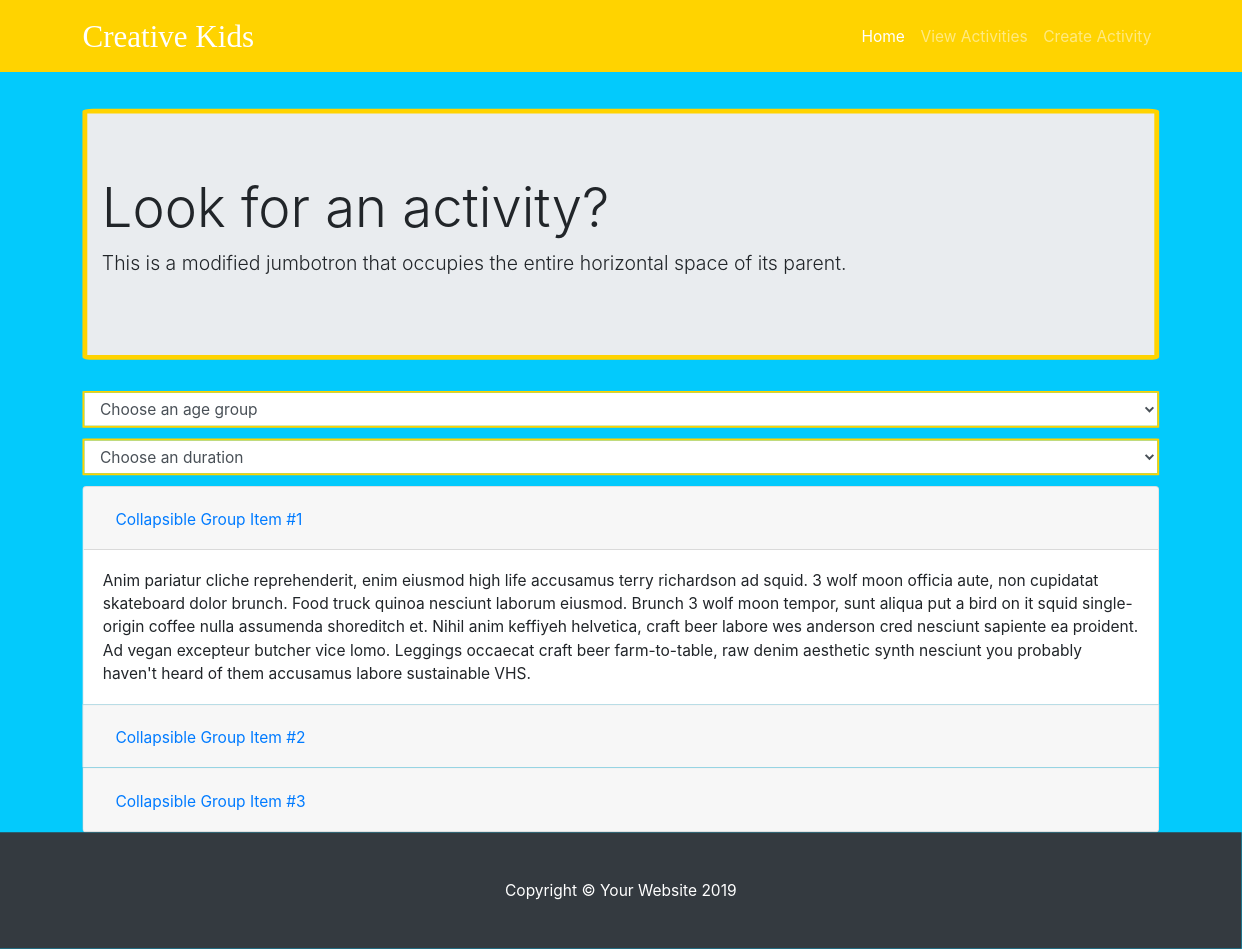
Repository: Neilfoster/milestone_project_3
Page: http://localhost/activity_view
The author's editor kept a record of every edit. The page is drawn from the files as they stood at one moment, then again after the next edit.
The browser window is 1280 px wide. The pictures show the whole page, at 97% of full size.
Some web fonts or font styles are not loaded; a fallback is used. Some web libraries are served in a nearby version. The page is served by the project's application, run on Flask 3 (app.py). Queries for data that is not in the repository find no rows.

Above is the page before.

After the next edit:
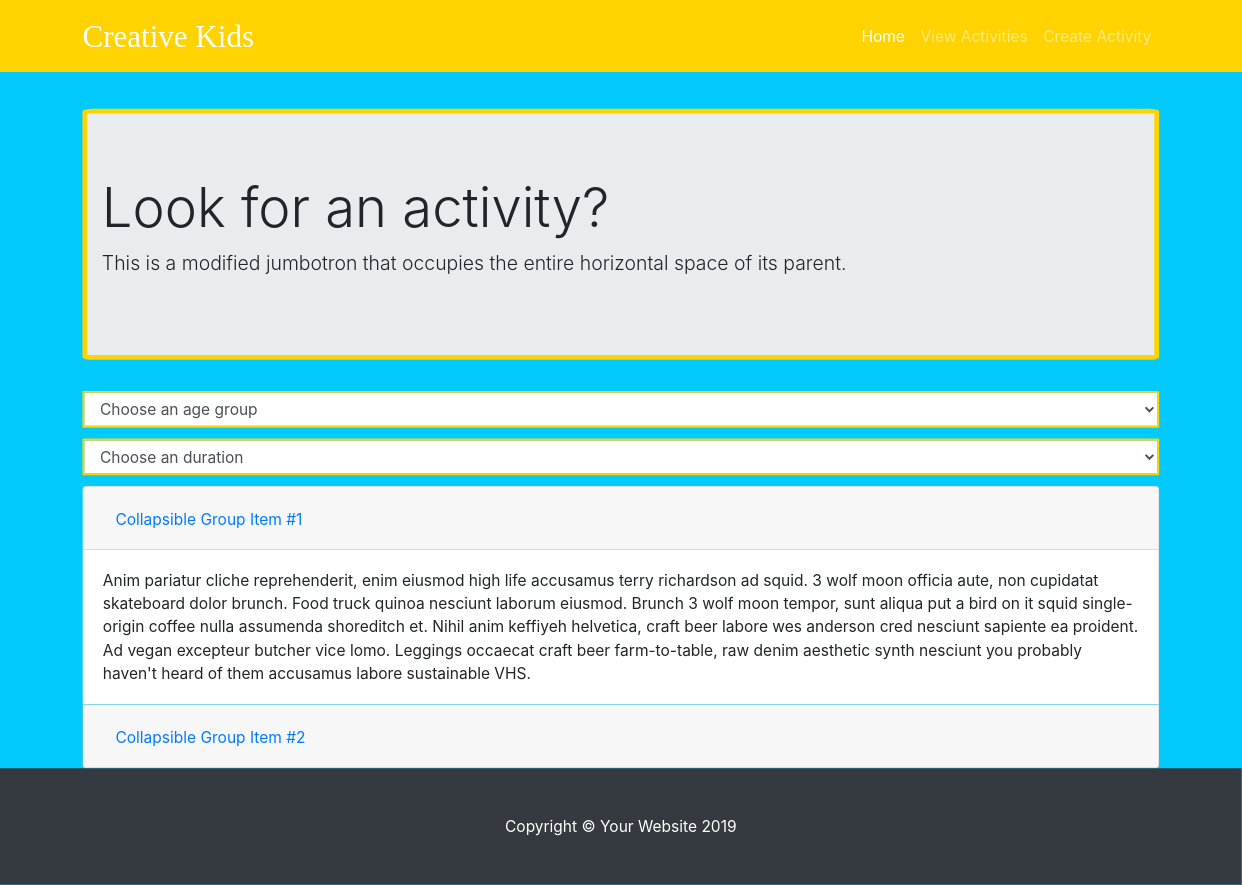
The edit:
--- a/templates/activity_view.html
+++ b/templates/activity_view.html
@@ -96,23 +96,7 @@
                 </div>
             </div>
         </div>
-        <div class="card">
-            <div class="card-header" id="headingThree">
-                <h2 class="mb-0">
-                    <button class="btn btn-link collapsed" type="button" data-toggle="collapse" data-target="#collapseThree" aria-expanded="false" aria-controls="collapseThree">
-          Collapsible Group Item #3
-        </button>
-                </h2>
-            </div>
-            <div id="collapseThree" class="collapse" aria-labelledby="headingThree" data-parent="#accordionExample">
-                <div class="card-body">
-                    Anim pariatur cliche reprehenderit, enim eiusmod high life accusamus terry richardson ad squid. 3 wolf moon officia aute, non cupidatat skateboard dolor brunch. Food truck quinoa nesciunt laborum eiusmod. Brunch 3 wolf moon tempor, sunt aliqua put a bird
-                    on it squid single-origin coffee nulla assumenda shoreditch et. Nihil anim keffiyeh helvetica, craft beer labore wes anderson cred nesciunt sapiente ea proident. Ad vegan excepteur butcher vice lomo. Leggings occaecat craft beer farm-to-table,
-                    raw denim aesthetic synth nesciunt you probably haven't heard of them accusamus labore sustainable VHS.
-                </div>
-            </div>
 
-        </div>
     </div>
 
 </div>
